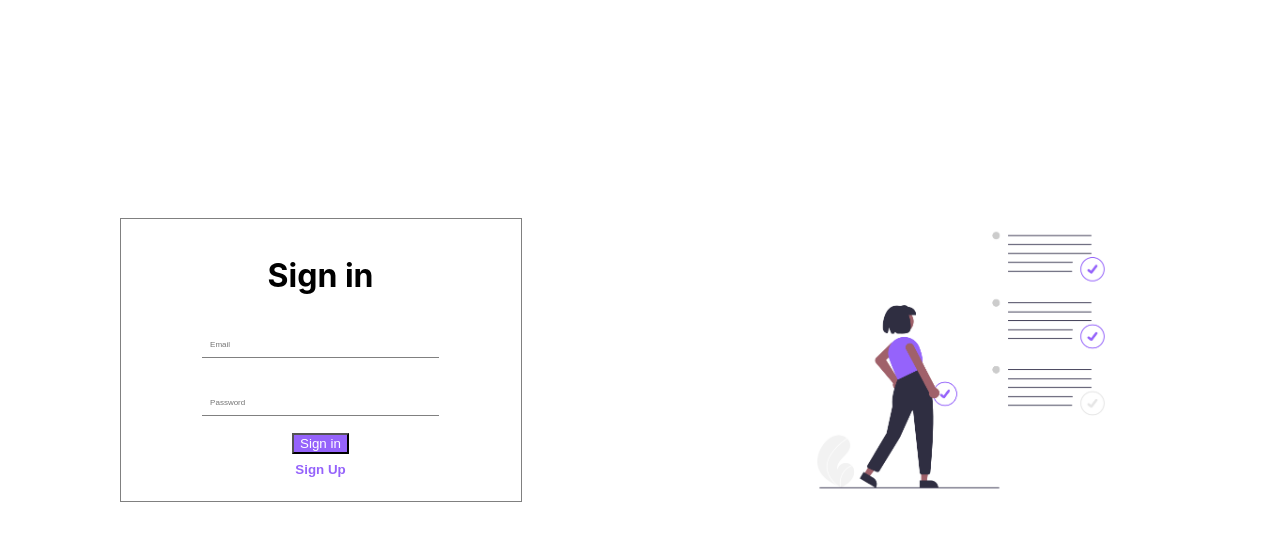
Repository: EEOOOO/wanted-pre-onboarding-fe
Page: / (app in to-do-list-app/)
These files come from the project's save history. The page is drawn as it stood at one moment and after a run of saves; the edit follows.
The browser window is 1280 px wide. The pictures show the whole page.
The project was rebuilt for these pictures with package versions that can differ from the ones it lists, and the page was loaded fresh each time. Also part of the build but not shown: to-do-list-app/src/components/sign_up/sign_up.module.css, to-do-list-app/src/components/sign_up/sign_up.jsx, to-do-list-app/src/components/todoList/todo_list.jsx.

Above is the page before, as saved 2022-08-22 00:30:05.

### to-do-list-app/public/index.html
<!DOCTYPE html>
<html lang="en">
  <head>
    <meta charset="utf-8" />
    <link rel="icon" href="%PUBLIC_URL%/logo.png" />
    <meta name="viewport" content="width=device-width, initial-scale=1" />
    <meta name="theme-color" content="#000000" />
    <meta
      name="description"
      content="Web site created using create-react-app"
    />
    <link rel="apple-touch-icon" href="%PUBLIC_URL%/logo.png" />
    <link rel="manifest" href="%PUBLIC_URL%/manifest.json" />
    <title>Todo List App</title>
  </head>
  <body>
    <div id="root"></div>
  </body>
</html>

### to-do-list-app/src/App.js
import style from './app.module.css';
import { Routes, Route } from 'react-router-dom'
import Login from './components/login/login';
import TodoList from './components/todoList/todo_list';

function App() {
  return <div className={style.App}>
    <Routes>
      <Route path="/" element={<Login/>}></Route>
      <Route path="todo" element={<TodoList/>}></Route>
    </Routes>
  </div>
}

export default App;

### to-do-list-app/src/components/login/login.jsx
import React, { useState } from 'react';
import SignIn from '../sign_in/sign_in';
import SignUp from '../sign_up/sign_up';
import style from '../login/login.module.css';
import loginImage from '../login/login_img.png';

const Login = (props) => {
    const goTosignUp = () => {
        setViewableScreen(<SignUp/>)
    }
    const signIn = <SignIn goToSignUp={goTosignUp}/>
    let [viewableScreen, setViewableScreen] = useState(signIn);
    return (
        <div className={style.login}>
            <div className={style.inputContainer}>{viewableScreen}</div>
            <img src={loginImage} className={style.coverImage}/>
        </div>
    )
}

export default Login;

### to-do-list-app/src/components/sign_in/sign_in.jsx
import React from 'react';
import LoginInputForm from '../login_input_form/login_input_form';
import style from '../sign_in/sign_in.module.css'

const SignIn = ({goToSignUp}) => {
    const handleSignInSubmit = (event) => {
        //event.preventDefault();
        console.log(event);
    }
    return(
        <div className={style.signIn}>
            <h1>Sign in</h1>
            <LoginInputForm handleSubmit={handleSignInSubmit} submitContent={'Sign in'}/>
            <button className={style.signUpButton} onClick={goToSignUp}>Sign Up</button>
        </div>
    )
}

export default SignIn;

### to-do-list-app/src/components/login/login.module.css
.login {
  display: flex;
  height: 100vh;
  justify-content: space-around;
  align-items: center;
}
.inputContainer {
  width: 50%;
  border: 1px solid gray;
  min-width: 235px;
  max-width: 400px;
}
.coverImage {
  width: 50%;
  min-width: 235px;
  max-width: 400px;
}

### to-do-list-app/src/components/login_input_form/login_input_form.jsx
import React from 'react';
import style from '../login_input_form/login_input_form.module.css';
const LoginInputForm = ({handleSubmit, submitContent}) => {
    return (
    <form className={style.inputForm} onSubmit={handleSubmit}>
        <div className={style.email}>
            <input
            type="text"
            className={style.inputEmail}
            placeholder='Email'></input>
        </div>
        <div className={style.password}>
            <input
            type="text"
            className={style.inputPassWord}
            placeholder='Password'></input>
        </div>
        <button type="submit" className={style.submitButton}>{submitContent}</button>
    </form>
    );
};

export default LoginInputForm;

### to-do-list-app/src/components/sign_in/sign_in.module.css
.signIn {
  padding: 1rem;
}
.signUpButton {
  background-color: transparent;
  border: none;
  padding: 0.5rem;
  color: rgb(149, 99, 251);
  font-weight: 600;
}

### to-do-list-app/src/components/login_input_form/login_input_form.module.css
.email,
.password {
  display: flex;
  flex-direction: column;
  align-items: center;
}
input {
  width: 60%;
  font-size: 0.5rem;
  padding: 0.5rem;
  margin: 1rem;
  border: none;
  border-bottom: 0.5px solid gray;
}
.submitButton {
  background-color: rgb(149, 99, 251);
  color: white;
}

Loaded but not shown: to-do-list-app/src/index.js (common file); to-do-list-app/src/index.css (common file); to-do-list-app/src/reportWebVitals.js (common file); to-do-list-app/src/app.module.css (common file)

After the next 2 saves:
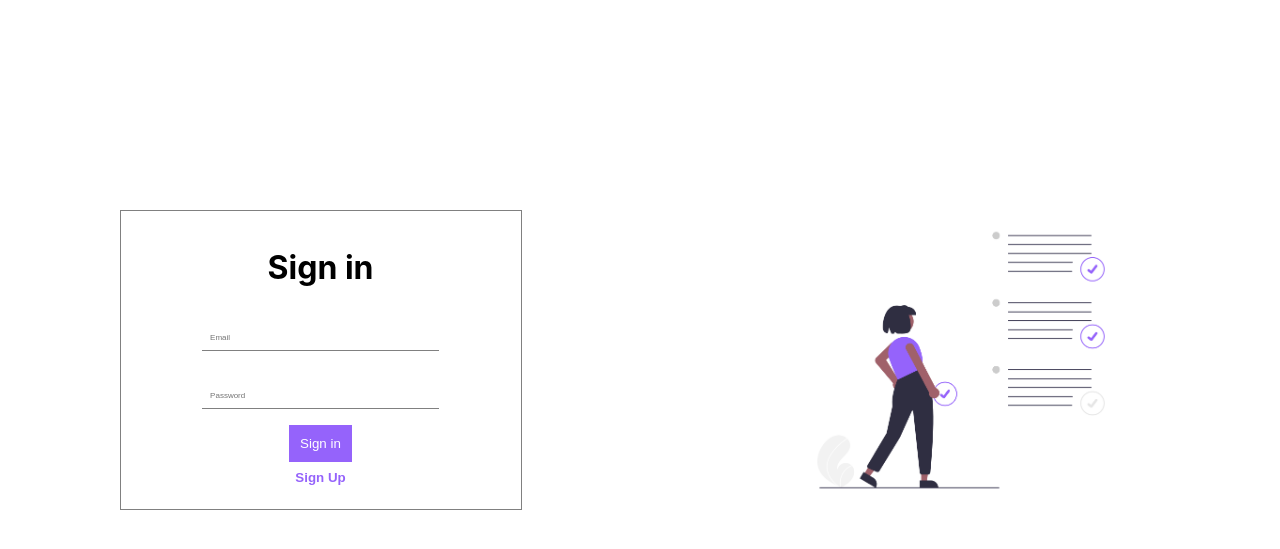
The 2 saves are shown as one change because they came seconds apart.
The last was saved 13 s later.
--- a/to-do-list-app/src/components/login_input_form/login_input_form.module.css
+++ b/to-do-list-app/src/components/login_input_form/login_input_form.module.css
@@ -15,4 +15,6 @@ input {
 .submitButton {
   background-color: rgb(149, 99, 251);
   color: white;
+  border: none;
+  padding: 0.7rem;
 }
